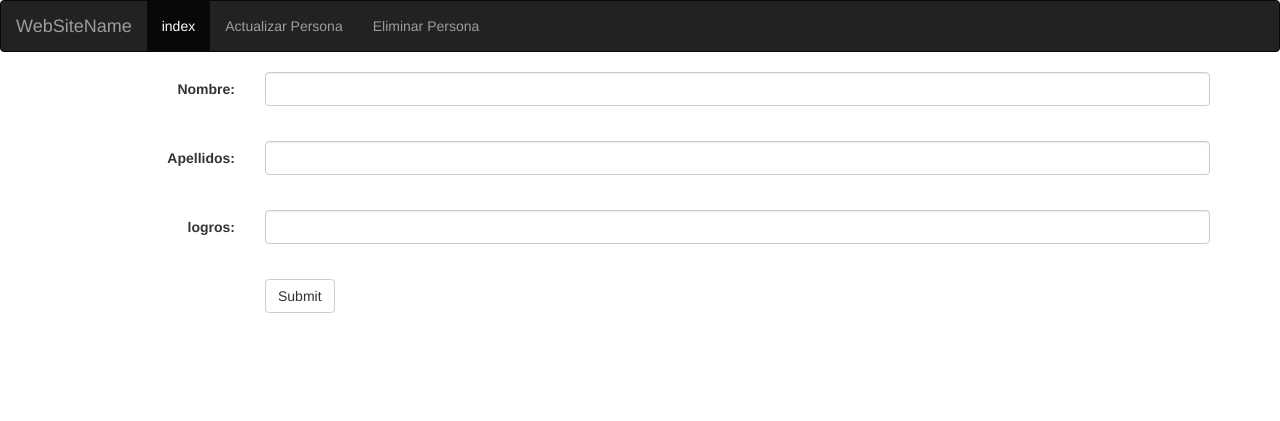
Repository: UAQJavaEveris/ProyectoFinalJuanCarlos
Page: http://localhost/WebCliente/actualizar.jsp
These files come from the project's save history. The page is drawn as it stood at one moment and after the next save; the edit follows.
The browser window is 1280 px wide. The pictures show the whole page.
Some web libraries are served in a nearby version. The page is served by Tomcat 9. Other server files are loaded and not shown.

Above is the page before, as saved 2016-12-10 03:04:40.

### WebCliente/WebContent/actualizar.jsp
<%@ page language="java" contentType="text/html; charset=ISO-8859-1"
    pageEncoding="ISO-8859-1"%>
<!DOCTYPE html PUBLIC "-//W3C//DTD HTML 4.01 Transitional//EN" "http://www.w3.org/TR/html4/loose.dtd">
<html>
<head>
<meta http-equiv="Content-Type" content="text/html; charset=ISO-8859-1">
<title>Pagina Principal</title>
<meta charset="utf-8">
  <meta name="viewport" content="width=device-width, initial-scale=1">
  <link rel="stylesheet" href="https://maxcdn.bootstrapcdn.com/bootstrap/3.3.7/css/bootstrap.min.css">
  <script src="https://ajax.googleapis.com/ajax/libs/jquery/3.1.1/jquery.min.js"></script>
  <script src="https://maxcdn.bootstrapcdn.com/bootstrap/3.3.7/js/bootstrap.min.js"></script>
</head>
<body>
<nav class="navbar navbar-inverse">
  <div class="container-fluid">
    <div class="navbar-header">
      <a class="navbar-brand" href="#">WebSiteName</a>
    </div>
    <ul class="nav navbar-nav">
      <li class="active"><a href="index.jsp">index</a></li>
      <li><a href="actualizar.jsp">Actualizar Persona</a></li>
      <li><a href="eliminar.jsp">Eliminar Persona</a></li>
    </ul>
  </div>
</nav>
<div class="container">
<form  class="form-horizontal" action="Controller" method="Post">
<div class="form-group">
     <label class="control-label col-sm-2" for="nombre">Nombre:</label>
    <div class="col-sm-10">
    <input  class="form-control" type="txt" name="nombre"><br>
    </div>
  </div>
  <div class="form-group">
  <label  class="control-label col-sm-2" for="apellidos">Apellidos:</label>
  <div class="col-sm-10">
  <input class="form-control"  type="txt" name="apellidos"><br>
  </div>
  </div>
 <div class="form-group">
 <label class="control-label col-sm-2" for="logros">logros:</label>
 <div class="col-sm-10">
<input class="form-control"  type="txt" name="logros"><br>
</div>
</div>
<div class="form-group">
      <div class="col-sm-offset-2 col-sm-10">
        <button type="submit" class="btn btn-default">Submit</button>
      </div>
    </div>
</form>
</div>
<%
String nombre_variable = (String)session.getAttribute("exito");
%>
</body>
</html>

After the next save:
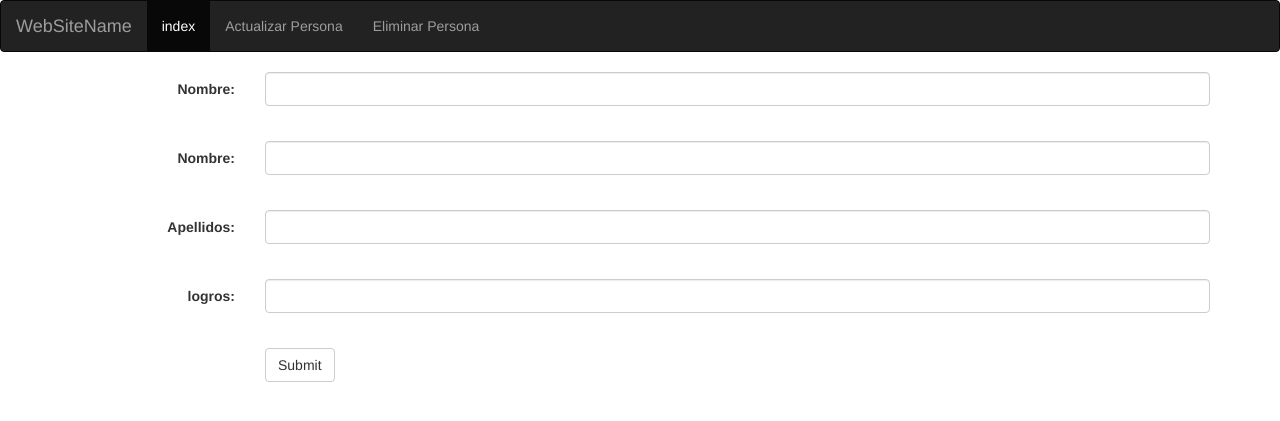
Saved 45 s later.
--- a/WebCliente/WebContent/actualizar.jsp
+++ b/WebCliente/WebContent/actualizar.jsp
@@ -29,6 +29,12 @@
 <div class="form-group">
      <label class="control-label col-sm-2" for="nombre">Nombre:</label>
     <div class="col-sm-10">
+    <input  class="form-control" type="number" name="nombre"><br>
+    </div>
+  </div>
+<div class="form-group">
+     <label class="control-label col-sm-2" for="nombre">Nombre:</label>
+    <div class="col-sm-10">
     <input  class="form-control" type="txt" name="nombre"><br>
     </div>
   </div>
